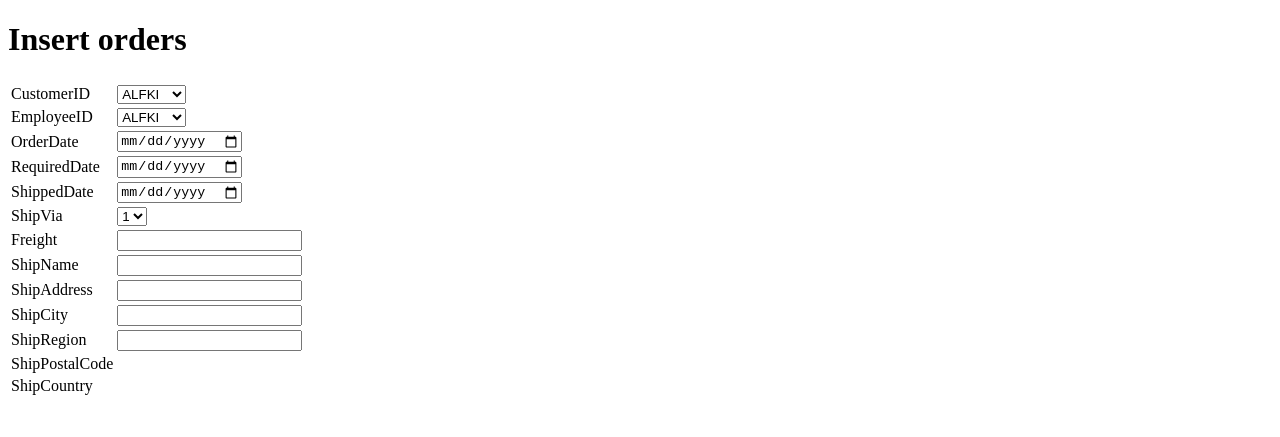
Repository: kaza1509/PRJ301
Page: SE1613/web/addOrder.html
An editor plug-in stored every save of this project. The page is shown before and after a run of saves, followed by the edit.
The browser window is 1280 px wide. The pictures show the whole page.

Above is the page before, as saved 2022-01-21 11:27:06.

### SE1613/web/addOrder.html
<!DOCTYPE html>
<html lang="en">
    <head>
        <meta charset="UTF-8">
        <meta http-equiv="X-UA-Compatible" content="IE=edge">
        <meta name="viewport" content="width=device-width, initial-scale=1.0">
        <title>Insert orders</title>
    </head>
    <body>
        <form action="" method="post">
            <table>
                <tr>
                    <h1>Insert orders</h1>
                </tr>
                <tr>
                    <td>CustomerID</td>
                    <td>
                        <select name="customerId">
                            <option value="ALFKI">ALFKI</option>
                            <option value="ANATR">ANATR</option>
                            <option value="ANTON">ANTON</option>
                            <option value="AROUT">AROUT</option>
                        </select>
                    </td>
                </tr>
                <tr>
                    <td>EmployeeID</td>
                    <td>
                        <select name="employeeId">
                            <option value="1">ALFKI</option>
                            <option value="2">ANATR</option>
                            <option value="3">ANTON</option>
                            <option value="3">AROUT</option>
                        </select>
                    </td>
                </tr>
                <tr>
                    <td>OrderDate</td>
                    <td>
                        <input type="date" name="orderDate">
                    </td>
                </tr>
                <tr>
                    <td>RequiredDate</td>
                    <td>
                        <input type="date" name="requiredDate">
                    </td>
                </tr>
                <tr>
                    <td>ShippedDate</td>
                    <td>
                        <input type="date" name="shippedDate">
                    </td>
                </tr>
                <tr>
                    <td>ShipVia</td>
                    <td>
                        <select name="shipVia">
                            <option value="1">1</option>
                            <option value="2">2</option>
                            <option value="3">3</option>
                        </select>
                    </td>
                </tr>
                <tr>
                    <td>Freight</td>
                    <td>
                        <input type="number" name="freight" step="0.01">
                    </td>
                </tr>
                <tr>
                    <td>ShipName</td>
                    <td>
                        <input type="text" name="shipName">
                    </td>
                </tr>
                <tr>
                    <td>ShipAddress</td>
                    <td>
                        <input type="text" name="shipAddress">
                    </td>
                </tr>
                <tr>
                    <td>ShipCity</td>
                    <td>
                        <input type="text" name="shipCity">
                    </td>
                </tr>
                <tr>
                    <td>ShipRegion</td>
                    <td>
                        <input type="text" name="shipRegion">
                    </td>
                </tr>
                <tr>
                    <td>ShipPostalCode</td>
                    <td></td>
                </tr>
                <tr>
                    <td>ShipCountry</td>
                    <td></td>
                </tr>
            </table>
        </form>
    </body>
</html>

After the next 3 saves:
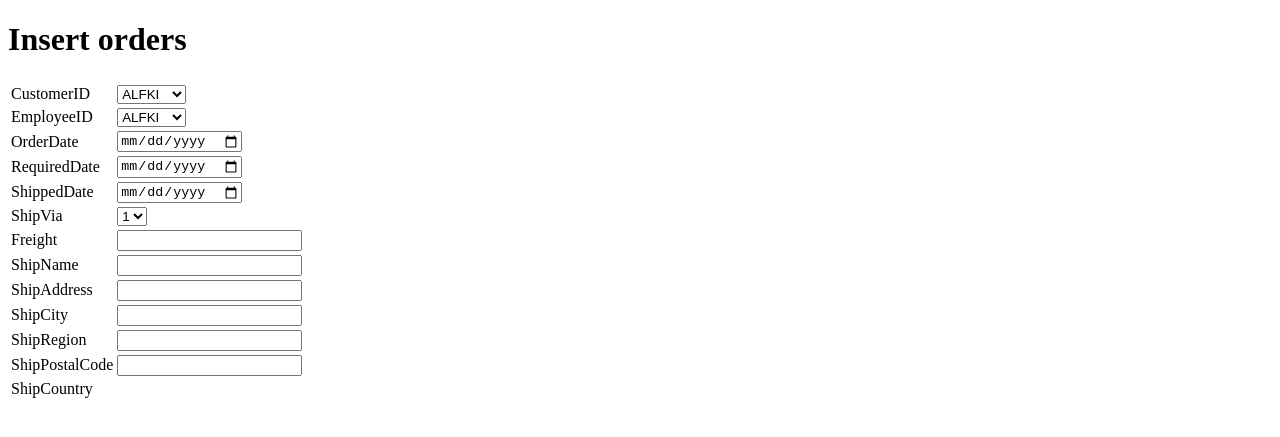
The 3 saves are shown as one change because they came seconds apart.
The last was saved 17 s later.
--- a/SE1613/web/addOrder.html
+++ b/SE1613/web/addOrder.html
@@ -94,7 +94,9 @@
                 </tr>
                 <tr>
                     <td>ShipPostalCode</td>
-                    <td></td>
+                    <td>
+                        <input type="text" name="shipPostalCode">
+                    </td>
                 </tr>
                 <tr>
                     <td>ShipCountry</td>
